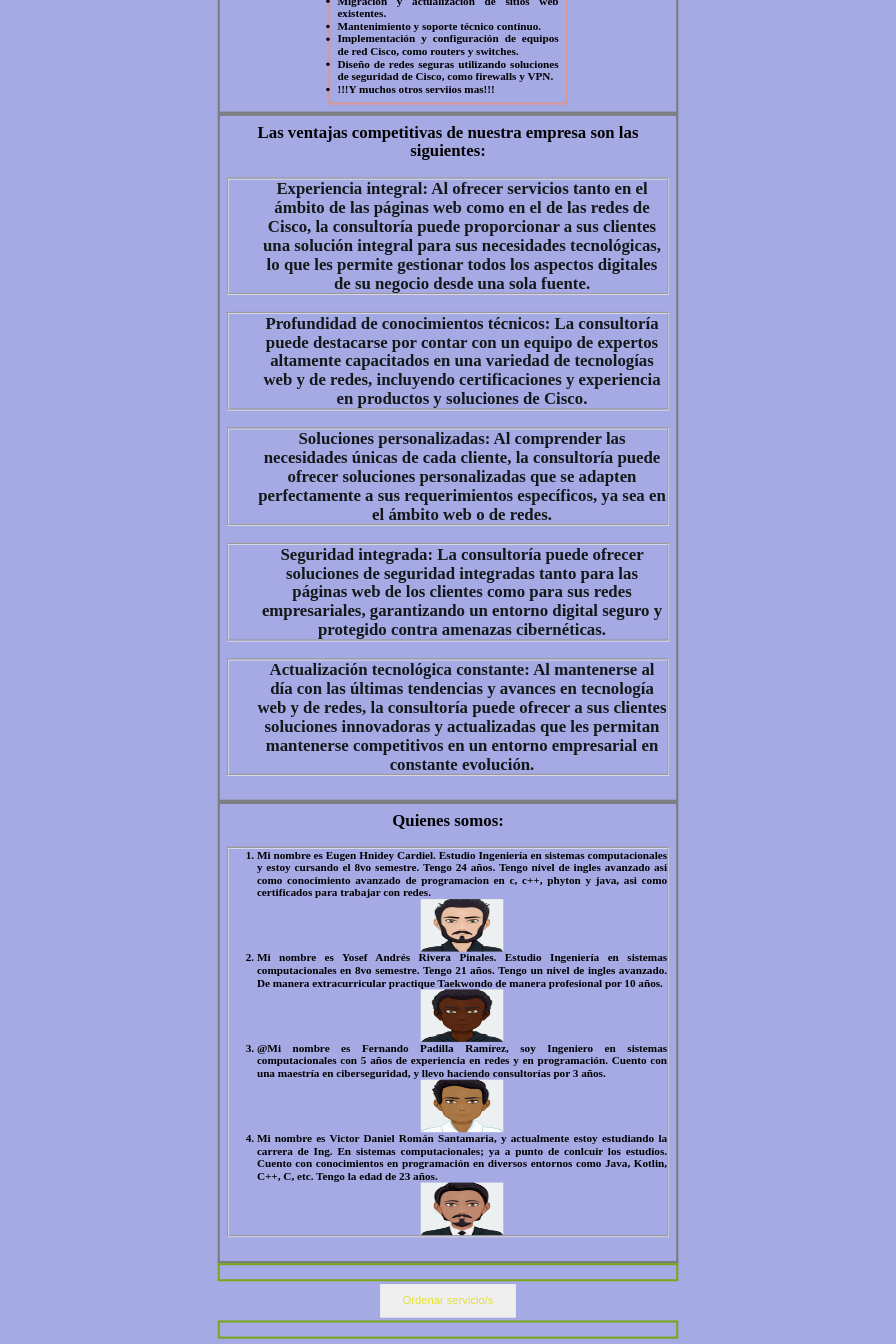
Repository: UVMCoyoacan/VEFY
Page: indexPrincipal.html
These files come from the project's save history. The page is drawn as it stood at one moment and after the next save; the edit follows.
The browser window is 1280 px wide. The pictures show the part of the page from y = 669 to 2589 px (the page is 2589 px tall), at 70% of full size.

Above is the page before, as saved 2024-03-01 11:29:12.

### indexPrincipal.html
<!DOCTYPE html>
<html>

    <head>
        <title> VEFY CONSULTORIA </title>
        <link rel="stylesheet" href="estilo.css"/>
        <link rel="stylesheet" href="estilo1.css"/>
        <link rel="stylesheet" href="estilo2.css"/>
        <link rel="stylesheet" href="estilo3.css"/>
        <link rel="stylesheet" href="estilo4.css"/>
        <meta charset="UTF-8" />
    </head>
    <body>
        <div style="text-align: center;"><img src = "LogoVefy.jpg" alt = "LogoEmpresaConsul" width = "150" height = "150" aling = "center"></div>

        <h1>
            Somos una consultoría que ofrece servicios tanto relacionados con páginas web como con redes de Cisco, podría ofrecer una amplia gama de soluciones para cubrir las necesidades digitales de sus clientes.
           <br>
        </h1>
        <h2>
            Nuestro lema es "conectando talento, construyendo soluciones".
        </h2>
        <h2>
            Nuestro objetivo es: Proporcionar soluciones innovadoras y personalizadas que impulsen el éxito y el crecimiento de nuestros clientes, aprovechando la experiencia y el compromiso de nuestro equipo multidisciplinario.
        </h2>
        <h2>
            Nuestra empresa brinda los siguientes servicios:
            <ul>
                <li>Desarrollo de sitios web personalizados. </li>
                <li>Diseño web responsivo y adaptativo. </li>
                <li>Optimización para motores de búsqueda (SEO). </li>
                <li>Integración de sistemas de gestión de contenido (CMS) como WordPress, Joomla, etc. </li>
                <li>Desarrollo de tiendas en línea (e-commerce). </li>
                <li>Migración y actualización de sitios web existentes. </li>
                <li>Mantenimiento y soporte técnico continuo. </li>
                <li>Implementación y configuración de equipos de red Cisco, como routers y switches. </li>
                <li>Diseño de redes seguras utilizando soluciones de seguridad de Cisco, como firewalls y VPN. </li>
                <li>!!!Y muchos otros serviios mas!!! </li>
            </ul>
        </h2>
        <h2>
            Las ventajas competitivas de nuestra empresa son las siguientes:

            <ol>Experiencia integral: Al ofrecer servicios tanto en el ámbito de las páginas web como en el de las redes de Cisco, la consultoría puede proporcionar a sus clientes una solución integral para sus necesidades tecnológicas, lo que les permite gestionar todos los aspectos digitales de su negocio desde una sola fuente. </ol>
            <ol>Profundidad de conocimientos técnicos: La consultoría puede destacarse por contar con un equipo de expertos altamente capacitados en una variedad de tecnologías web y de redes, incluyendo certificaciones y experiencia en productos y soluciones de Cisco.</ol>
            <ol>Soluciones personalizadas: Al comprender las necesidades únicas de cada cliente, la consultoría puede ofrecer soluciones personalizadas que se adapten perfectamente a sus requerimientos específicos, ya sea en el ámbito web o de redes.</ol>
           <ol>Seguridad integrada: La consultoría puede ofrecer soluciones de seguridad integradas tanto para las páginas web de los clientes como para sus redes empresariales, garantizando un entorno digital seguro y protegido contra amenazas cibernéticas.</ol>
           <ol>Actualización tecnológica constante: Al mantenerse al día con las últimas tendencias y avances en tecnología web y de redes, la consultoría puede ofrecer a sus clientes soluciones innovadoras y actualizadas que les permitan mantenerse competitivos en un entorno empresarial en constante evolución.</ol>
        </h2>
        <h2>
            Quienes somos:
            <ol>
                <li>Mi nombre es Eugen Hnidey Cardiel. Estudio Ingeniería en sistemas computacionales y estoy cursando el 8vo semestre. Tengo 24 años. Tengo nivel de ingles avanzado asi como conocimiento avanzado de programacion en c, c++, phyton y java, asi como certificados para trabajar con redes.
                    <br>
                    <div style="text-align: center; cursor:pointer;"><img src = "EugenFoto.jpg" alt = "FotoEu" width = "75" height = "75" aling = "center" onclick="redirigirEu()"></div>
                </li>
                <li>Mi nombre es Yosef Andrés Rivera Pinales. Estudio Ingeniería en sistemas computacionales en 8vo semestre. Tengo 21 años. Tengo un nivel de ingles avanzado. De manera extracurricular practique Taekwondo de manera profesional por 10 años.
                    <br>
                    <div style="text-align: center; cursor:pointer;"><img src = "YosefFoto.jpg" alt = "FotoYos" width = "75" height = "75" aling = "center" onclick="redirigirYos()"></div>
                </li>
                <li>@Mi nombre es Fernando Padilla Ramírez, soy Ingeniero en sistemas computacionales con 5 años de experiencia en redes y en programación. Cuento con una maestría en ciberseguridad, y llevo haciendo consultorías por 3 años.
                    <br>
                    <div style="text-align: center; cursor:pointer;"><img src = "FerFoto.jpg" alt = "FotoFer" width = "75" height = "75" aling = "center" onclick="redirigirFer()" ></div>
                </li>
                <li>Mi nombre es Victor Daniel Román Santamaria, y actualmente estoy estudiando la carrera de Ing. En sistemas computacionales; ya a punto de conlcuir los estudios. Cuento con conocimientos en programación en diversos entornos como Java, Kotlin, C++, C, etc. Tengo la edad de 23 años.
                    <br>
                    <div style="text-align: center; cursor:pointer;"><img src = "VicFoto.jpg" alt = "FotoVic" width = "75" height = "75" aling = "center" onclick="redirigirVik()"></div>
                </li>
            </ol>
        </h2>

        <p>
            <div>
                <button onclick="redirigirForm()"> Ordenar servicio/s  </button>

               </div>
           </p>
    </body>
    <script src="cod.js">

    </script>
</html>

### estilo.css
h1{
    color: chocolate;
    text-align: center;
    border-style: mix;
}
p{
    text-align: center;
    color:rebeccapurple;
    border-style: dotted;
}

ol{
    text-align: center;
    color:rgb(0, 0, 0);
    border-style: groove;

}

ul{
    text-align: center;
    color: rgb(0, 0, 0);
    border-style: ridge;
}

h2{
    color: rgb(0, 0, 0) ;
    text-align: center;
    border-style: mix;
}

a{
    text-align: center;
}

body{
    background-color: rgb(226, 171, 75);
}

footer{
    color:beige;
    background-color: blueviolet;
}
button {
    border: none;
    color: rgb(47, 191, 59);
    padding: 15px 32px;
    text-align: center;
    text-decoration: none;
    display: inline-block;
    font-size: 16px;
    margin: 4px 2px;
    cursor: pointer;
  }
  div{
    text-align: center;
  }

### estilo1.css
h1{
    color: chocolate;
    text-align: center;
    border-style: mix;
}
p{
    text-align: center;
    color:rgb(0, 0, 0);
    border-style: dotted;
}

ol{
    text-align: center;
    color:rgb(1, 1, 1);
    border-style: groove;

}

ul{
    text-align: center;
    color: rgb(0, 0, 0);
    border-style: ridge;
}

h2{
    color: rgba(58, 221, 93, 0.98) ;
    text-align:center;
    border-style: mix;
}

a{
    text-align: center;
}

body{
    background-color: rgb(104, 163, 209);
}

footer{
    color:beige;
    background-color: blueviolet;
}
button {
    border: none;
    color: rgb(175, 10, 10);
    padding: 15px 32px;
    text-align: center;
    text-decoration: none;
    display: inline-block;
    font-size: 16px;
    margin: 4px 2px;
    cursor: pointer;
  }
  p{
    text-align: center;
  }

### estilo2.css
h1{
    color: chocolate;
    text-align: center;
    border-style: mix;
}
p{
    text-align: center;
    color:rebeccapurple;
    border-style: dotted;
}

ol{
    text-align: center;
    color:rgb(0, 0, 0);
    border-style: groove;

}

ul{
    text-align: center;
    color: rgb(223, 115, 225);
    border-style: ridge;
}

h2{
    color: rgb(149, 204, 62) ;
    text-align: center;
    border-style: mix;
}

a{
    text-align: center;
}

body{
    background-color: rgb(224, 255, 255);
}

footer{
    color:beige;
    background-color: blueviolet;
}
button {
    border: none;
    color: rgb(32, 202, 69);
    padding: 15px 32px;
    text-align: center;
    text-decoration: none;
    display: inline-block;
    font-size: 16px;
    margin: 4px 2px;
    cursor: pointer;
  }
  div{
    text-align: center;
  }

### estilo3.css
h1{
    color: chocolate;
    text-align: center;
    border-style: mix;
}
p{
    text-align: center;
    color:rebeccapurple;
    border-style: dotted;
}

ol{
    text-align: center;
    color:rgb(20, 24, 25);
    border-style: groove;

}

ul{
    text-align: center;
    color: rgb(233, 104, 130);
    border-style: ridge;
}

h2{
    color: rgb(215, 121, 229) ;
    text-align: center;
    border-style: mix;
}

a{
    text-align: center;
}

body{
    background-color: rgb(224, 255, 255);
}

footer{
    color:beige;
    background-color: blueviolet;
}
button {
    border: none;
    color: rgb(157, 58, 184);
    padding: 15px 32px;
    text-align: center;
    text-decoration: none;
    display: inline-block;
    font-size: 16px;
    margin: 4px 2px;
    cursor: pointer;
  }
  div{
    text-align: center;
  }

### estilo4.css
h1{

    color: rgb(0, 0, 0);

    color: black;

    text-align: center;
    font-size:larger;
    margin: auto;
    width: 50%;
    border: 3px solid rgb(141, 172, 132);
    border-style:solid;
    padding: 10px;

}
p{
    color: rgba(21, 21, 21, 0.781);
    text-align:justify;
    font-size:x-large;
    margin: auto;
    width: 50%;
    border: 3px solid rgb(120, 168, 26);
    border-style:solid;
    padding: 10px;
}
li{
    color: rgb(0, 0, 0);
    text-align:justify;
    font-size:medium;
}


ul{
    color: rgba(21, 21, 21, 0.781);
    text-align:center;
    font-size:large;
    margin: auto;
    width: 50%;
    border: 3px solid rgb(216, 152, 152);
    border-style:solid;
    padding: 10px;
}
body{
    background-color: rgb(166, 170, 228);

}


h2{
    color: rgb(2, 2, 2);
    text-align: center;
    font-size:x-large;
    margin: auto;
    width: 50%;
    border: 3px solid rgb(123, 123, 123);
    border-style:solid;
    padding: 10px;
}
img{
    display: block;
    width: 20%;
    margin: auto;
}
footer{
    color: rgb(60, 28, 167);
    background-color: rgb(210, 204, 25);
}
button {
    border: none;
    color: rgb(226, 226, 47);
    padding: 15px 32px;
    text-align: center;
    text-decoration: none;
    display: inline-block;
    font-size: 16px;
    margin: 4px 2px;
    cursor: pointer;
  }
  div{
    text-align: center;
  }

### cod.js
function saludo(){
    alert("Hola JS");
}

function numeracion(tope){
for(i=0; i<5; i++){
    alert(i);
}
}

function fondo(){
alert("click");
parrafos=document.getElementsByTagName("p");
parrafos[0].innerHTML="remplazado";
parrafos[1].style="color:red"
lista=document.getElementsByClassName("verde");
lista[0].style="text-align:center; color:blue";
document.getElementById("raro").innerHTML="contenido actual";

}

function NoEstilos(){
    nest=document.styleSheets.length;
    for(i=0;i<nest;i++){
        document.styleSheets[i].disabled=true;
    }


}

function ActivaEstilo(n){
    NoEstilos();
    document.styleSheets[n].disabled=false;

}

function redirigirYos() {
    window.location.href = "./index_Yosef.html";
}

function redirigirVik() {
    window.location.href = './INDEXVIC.html';
}

function redirigirFer() {
    window.location.href = './INDEX_FER.html';
}

function redirigirEu() {
    window.location.href = './Pagina web presentacion Eugen/indexEugen.html';

}
function redirigirForm() {
    window.location.href = './enviadatos.html';

}

After the next save:
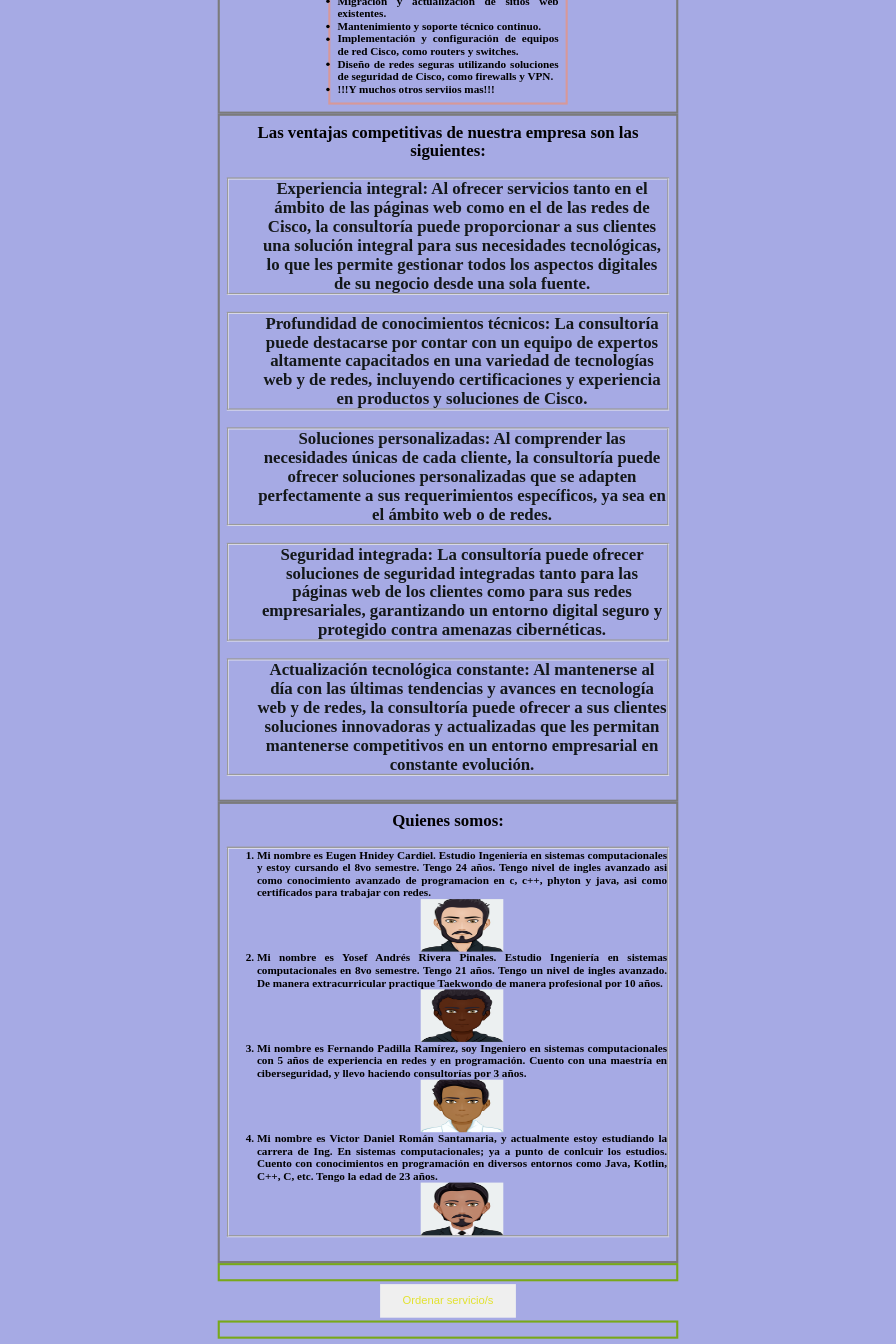
Saved 2 s later.
--- a/indexPrincipal.html
+++ b/indexPrincipal.html
@@ -58,7 +58,7 @@
                     <br>
                     <div style="text-align: center; cursor:pointer;"><img src = "YosefFoto.jpg" alt = "FotoYos" width = "75" height = "75" aling = "center" onclick="redirigirYos()"></div>
                 </li>
-                <li>@Mi nombre es Fernando Padilla Ramírez, soy Ingeniero en sistemas computacionales con 5 años de experiencia en redes y en programación. Cuento con una maestría en ciberseguridad, y llevo haciendo consultorías por 3 años.
+                <li>Mi nombre es Fernando Padilla Ramírez, soy Ingeniero en sistemas computacionales con 5 años de experiencia en redes y en programación. Cuento con una maestría en ciberseguridad, y llevo haciendo consultorías por 3 años.
                     <br>
                     <div style="text-align: center; cursor:pointer;"><img src = "FerFoto.jpg" alt = "FotoFer" width = "75" height = "75" aling = "center" onclick="redirigirFer()" ></div>
                 </li>
